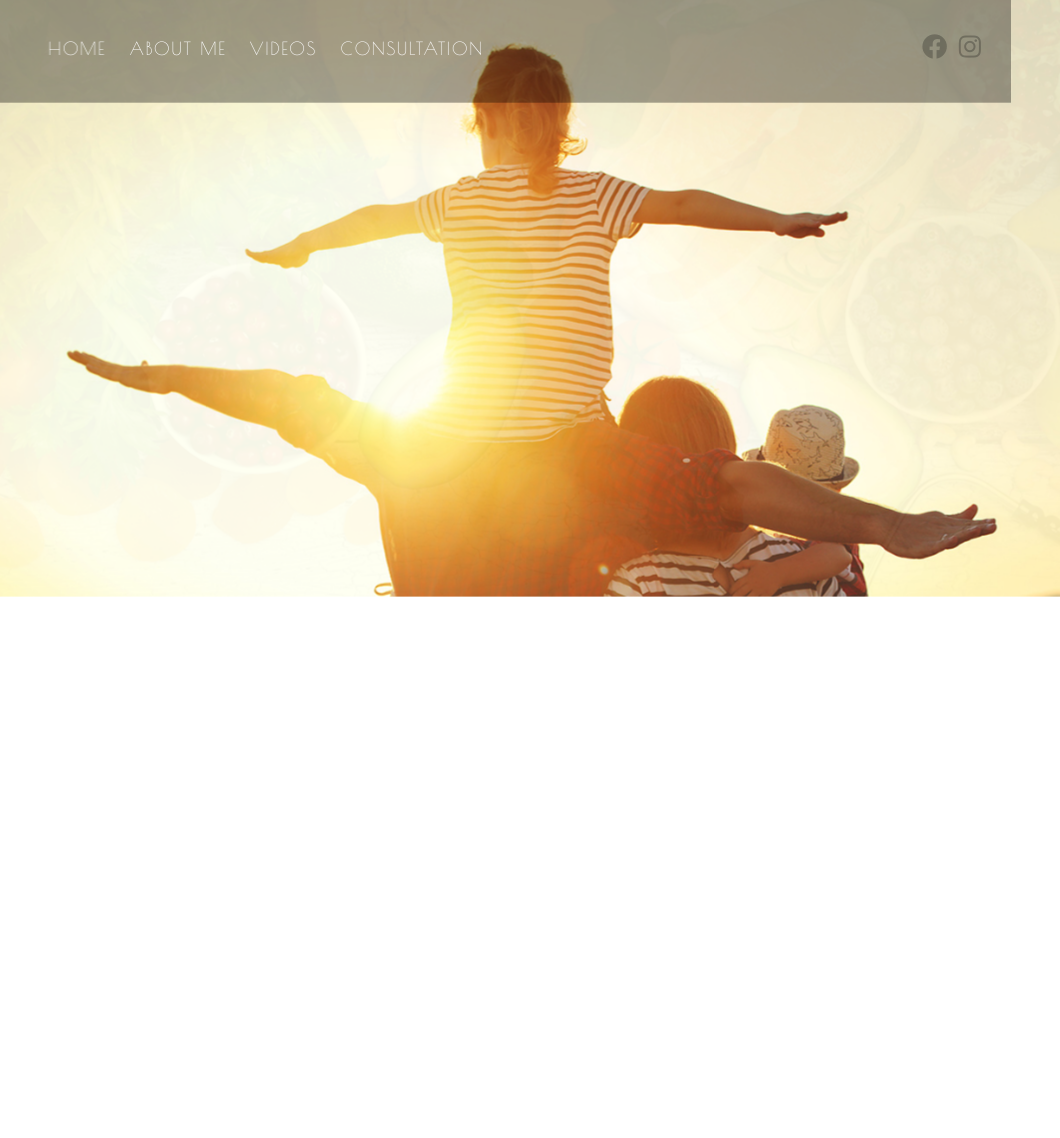
Repository: Aleksandre19/cv-ucmp
Page: index.html
The author's editor kept a record of every edit. The page is drawn from the files as they stood at one moment, then again after the next edit.
The browser window is 1280 px wide. The page is 1342 px wide, then 1280 px, then 1342 px, so the pictures cover 1342 px, including what lies to the right of the window. The pictures show the whole page, at 79% of full size.
Some web libraries are served in a nearby version.

Above is the page before.

After the next edit:
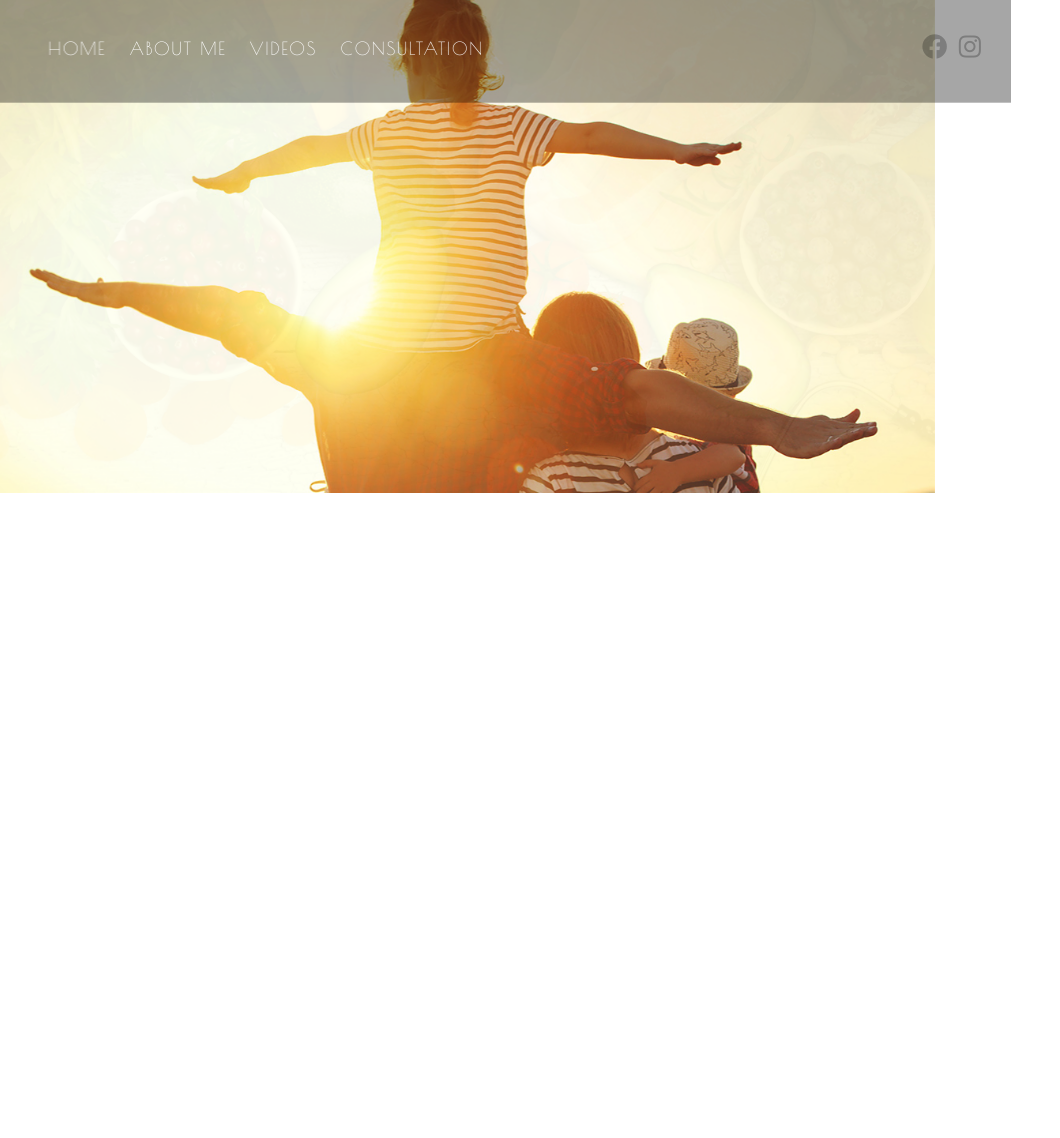
The edit:
--- a/assets/css/style.css
+++ b/assets/css/style.css
@@ -139,7 +139,7 @@
     }
     33%{
         transform: scale(1.1);
-        transform: translate(50,50);
+        transform: translate(-100px,-100px);
         background: url("../images/family-lg.jpg");
     }
 

After the 3 edits that followed:
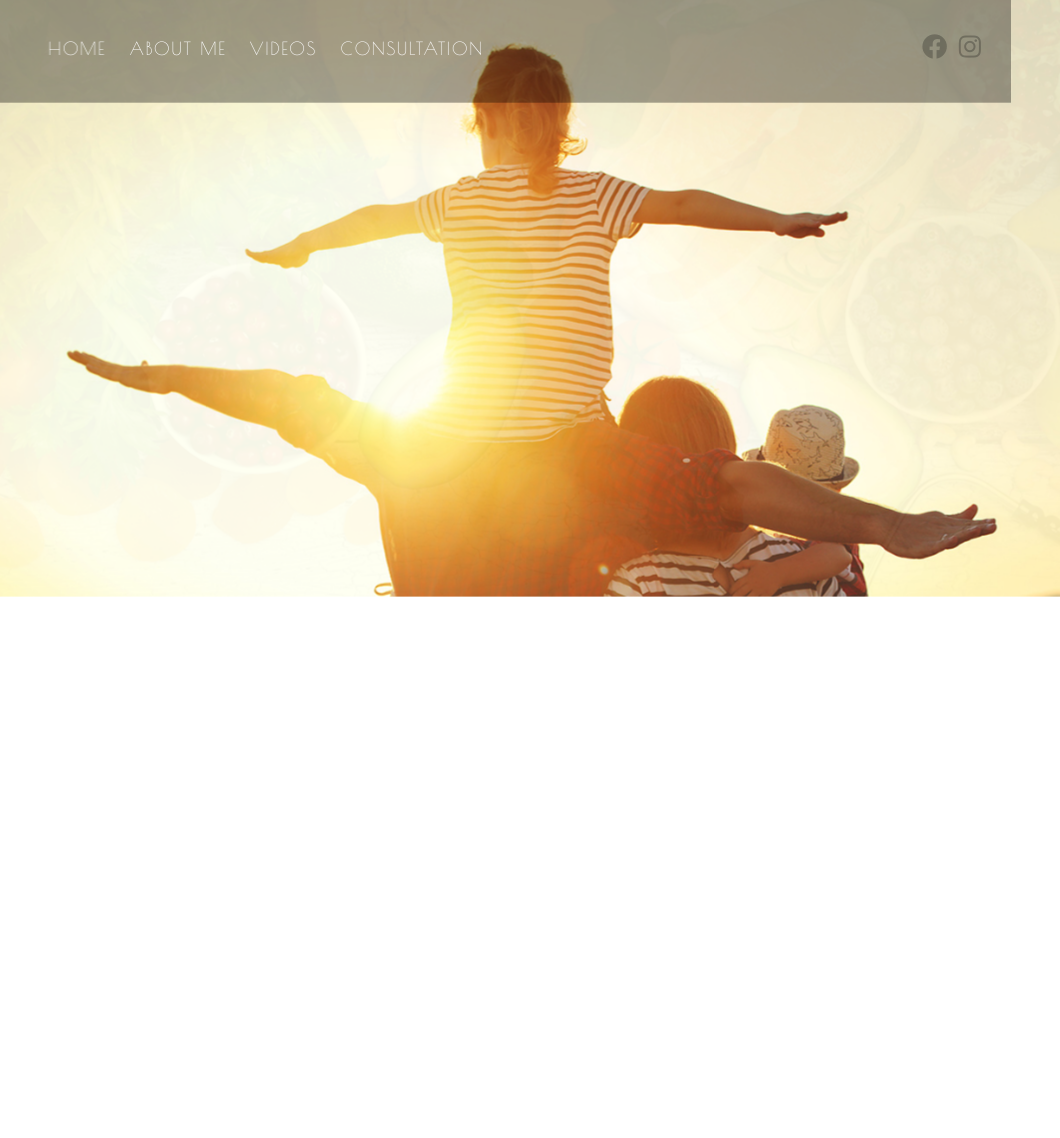
The 3 edits are shown as one change because 2 left the picture as it was.
The edit:
--- a/assets/css/style.css
+++ b/assets/css/style.css
@@ -122,7 +122,7 @@
 #slideshow{
     background: url("../images/food-lg.jpg");
     background-repeat: no-repeat;
-    background-position: center;
+    background-position: top;
     animation-name: slideshow-w;
     animation-duration: 20s;
     animation-iteration-count: infinite;
@@ -133,13 +133,11 @@
     /* Animation slide transition number 1 */
     0%{
         transform: scale(1);
-        transform: translate(0px,0)px;
         background: url("../images/food-lg.jpg");
 
     }
     33%{
         transform: scale(1.1);
-        transform: translate(-100px,-100px);
         background: url("../images/family-lg.jpg");
     }
 
